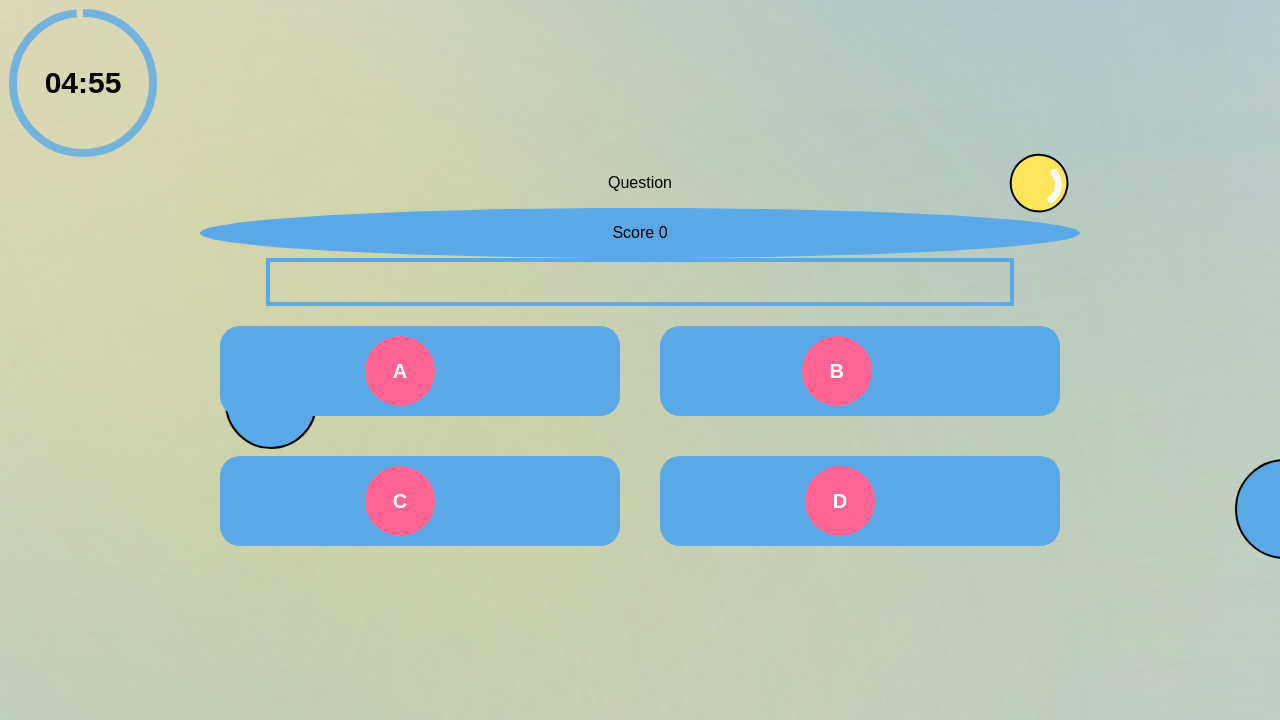
Repository: sierralaurent/SmartiePants
Page: quiz.html
The author's editor kept a copy of each file at every save. The page is drawn from the files as they stood at one save, then again after the next save.
The browser window is 1280 px wide. The pictures show the whole page.
The page's requests for data from a server got no answer.

Above is the page before, as saved 2023-05-16 22:23:26.

After the next save:
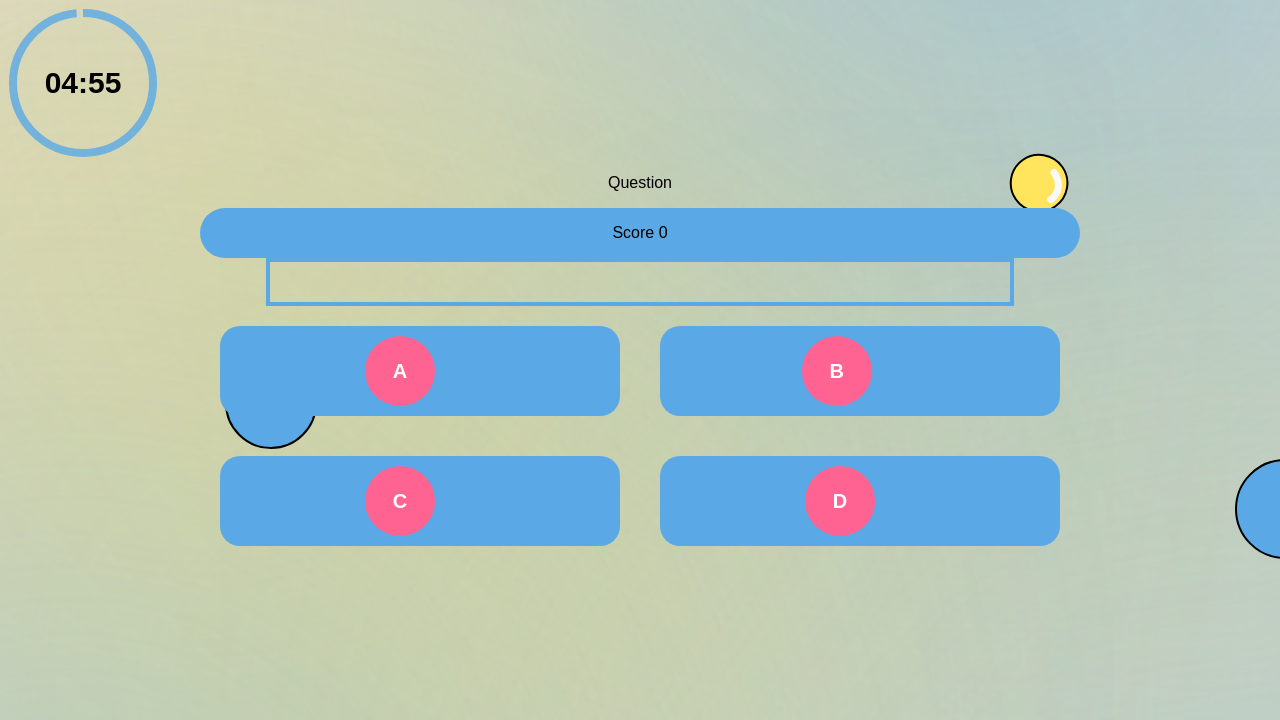
Saved 11 s later.
--- a/quiz.css
+++ b/quiz.css
@@ -95,5 +95,5 @@ margin-right: 20px;
     display: flex;
     justify-content: center;
     background-color:  rgba(90, 169, 230, 1);
-    border-radius: 50%
+    border-radius: 49px;
 }
